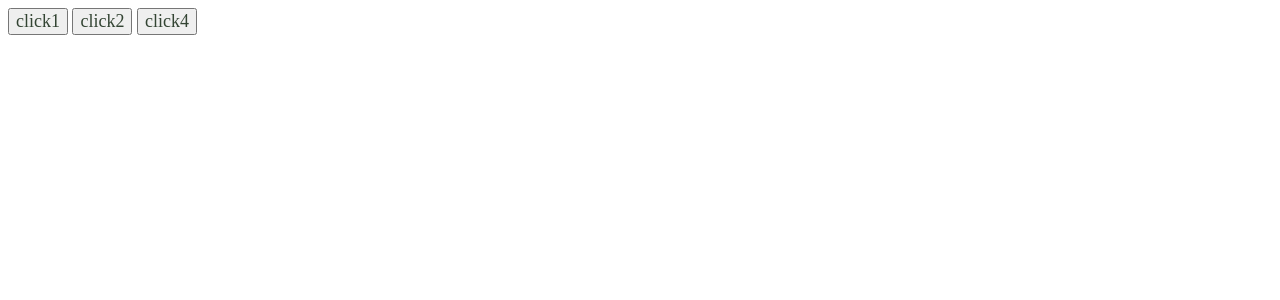
Repository: youngsik0405/Web-study
Page: JsonApp/WebContent/JsonTest03.html
The author's editor kept a copy of each file at every save. The page is drawn from the files as they stood at one save, then again after the next save.
The browser window is 1280 px wide. The pictures show the whole page.

Above is the page before, as saved 2025-02-05 01:42:29.

After the next save:
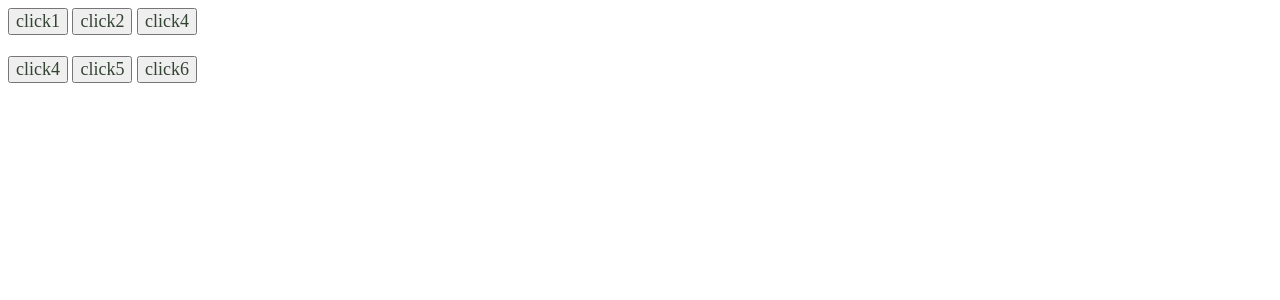
Saved 108 s later.
--- a/JsonApp/WebContent/JsonTest03.html
+++ b/JsonApp/WebContent/JsonTest03.html
@@ -23,10 +23,20 @@
 	<!-- X -->
 
 	<input type="button" value="click1" onclick="alert(myJsonObject3.test1)">
+	<!-- hello1 -->
 
 	<input type="button" value="click2" onclick="alert(myJsonObject3.test2)">
+	<!-- hello2 -->
 
 	<input type="button" value="click4" onclick="alert(myJsonObject3.test3)">
+	<!-- hello3 -->
+
+	<br><br>
+
+	<input type="button" value="click4" onclick="alert(typeof myJsonObject3.test1)">
+	<input type="button" value="click5" onclick="alert(typeof myJsonObject3.test2)">
+	<input type="button" value="click6" onclick="alert(typeof myJsonObject3.test3)">
+
 </form>
 
 
